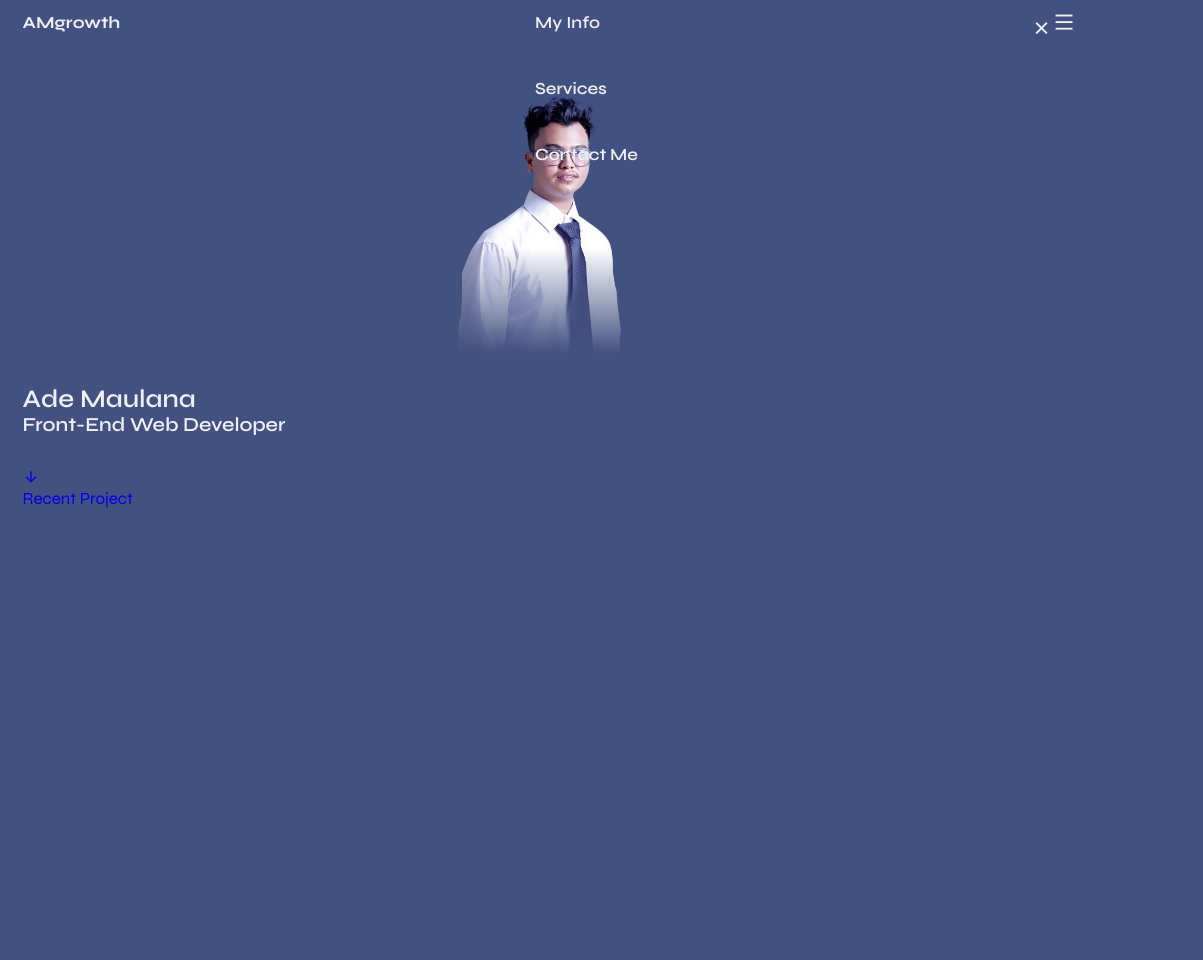
Repository: Ademaulana100499/portofolio
Page: index.html
The author's editor kept a copy of each file at every save. The page is drawn from the files as they stood at one save, then again after the next save.
The browser window is 1280 px wide. The pictures show the whole page, at 94% of full size.
Some web fonts or font styles are not loaded; a fallback is used.

Above is the page before, as saved 2024-11-28 16:59:00.

After the next save:
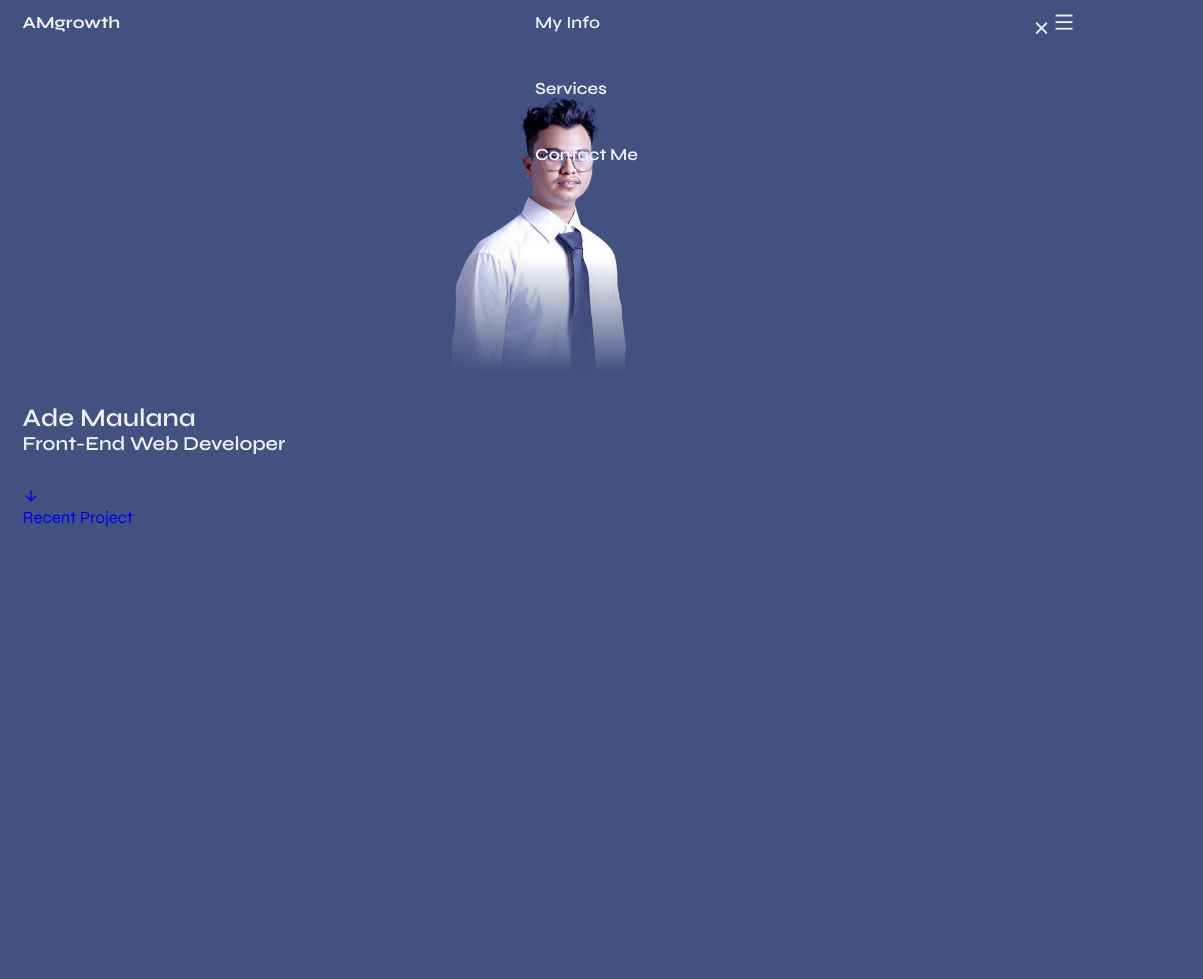
Saved 6 s later.
--- a/assets/css/style.css
+++ b/assets/css/style.css
@@ -214,7 +214,7 @@ main {
 }
 
 .home__img {
-  width: 280px;
+  width: 300px;
   justify-self: center;
   mask-image: linear-gradient(
     to bottom,
